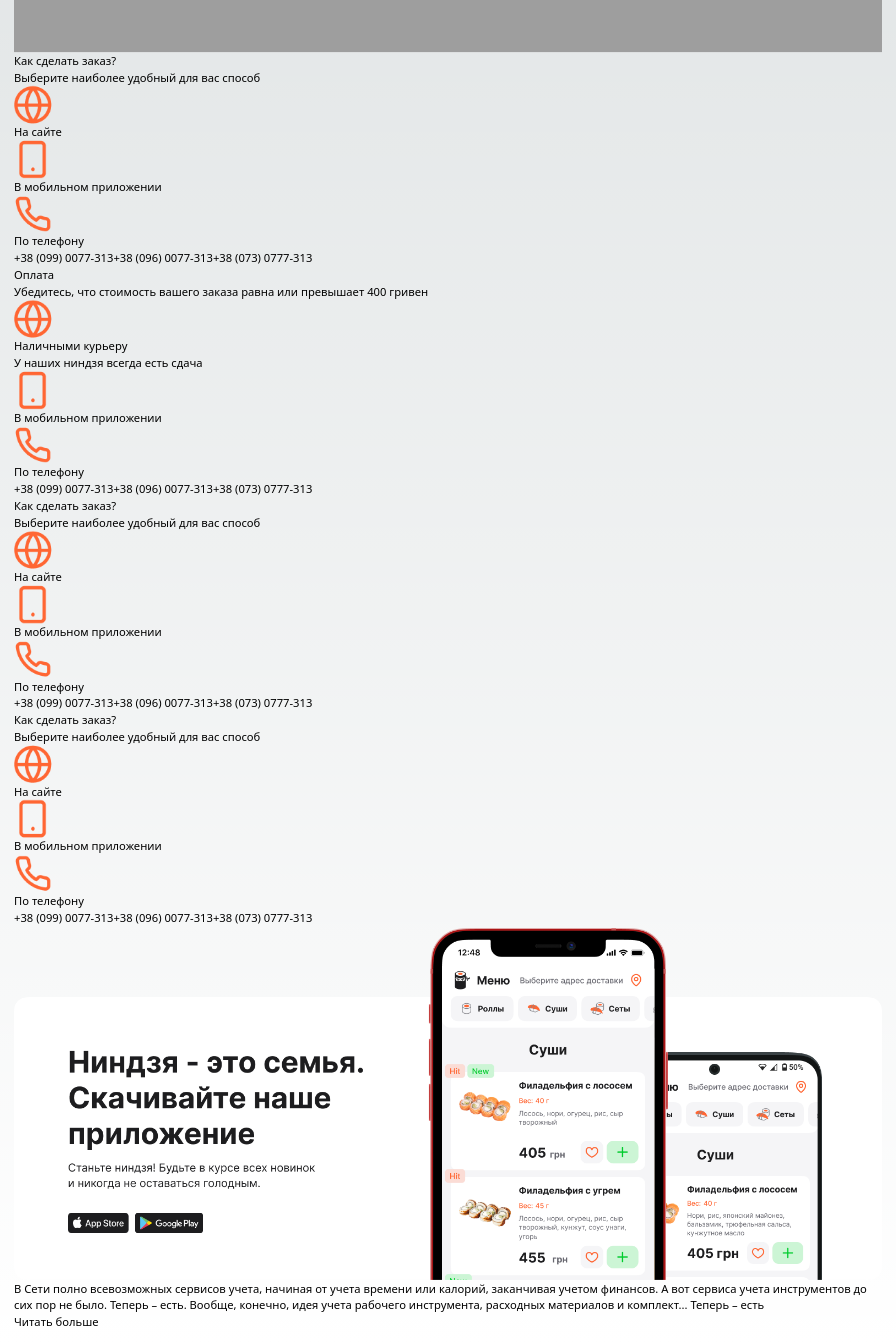
Repository: shokirovG/loyiha
Page: /Delivery
An editor plug-in stored every save of this project. The page is shown before and after the next save, followed by the edit.
The browser window is 1280 px wide. The pictures show the part of the page from y = 979 to 2899 px (the page is 2899 px tall before and 2875 px after), at 70% of full size.
Pictures or frames that could not be fetched are drawn as grey boxes. The project was rebuilt for these pictures with package versions that can differ from the ones it lists, and the page was loaded fresh each time. The framework's server and built-in components were replaced by stand-ins that run in the browser. Also part of the build but not shown: next.config.js, Components/Categories.jsx, Components/Slider.jsx, Components/OpenNav.jsx.

Above is the page before, as saved 2023-06-30 19:07:23.

### pages/Delivery.jsx
import { Header } from "@/Components";
import DeliveryCards from "@/Components/DeliveryCards";
import Footer from "@/Components/Footer";
import Map from "@/Components/Map";
import React from "react";

const delivery = () => {
  return (
    <div className="container p-5">
      <Header />
      <Map />
      <DeliveryCards />
      <Footer />
    </div>
  );
};

export default delivery;

### Components/index.js
export { default as Header } from "./Header";
export { default as Burger } from "./Burger";
export { default as Categories } from "./Categories";
export { default as Slider } from "./Slider";
export { default as OpenNav } from "./OpenNav";

### Components/DeliveryCards.jsx
import Image from "next/image";
import React from "react";

const DeliveryCards = () => {
  return (
    <div className="w-[1044px] gap-[100px] flex flex-col justify-center items-center border-[5px] h-[2020px] mt-20 m-auto">
      <div className="card_items flex items-start flex-col w-[100%] h-[412px] border-[2px]">
        <h1 className="ml-10 text-[38px] text-[#1D1D1F] font-[700]">
          Как сделать заказ?
        </h1>
        <p className="ml-10 text-[#686870] text-[16px] font-[400]">
          Выберите наиболее удобный для вас способ
        </p>
        <div className="flex w-[100%] justify-center gap-[20px] items-center mt-5">
          <div className="w-[304px] h-[292px] bg-white rounded-[12px] flex flex-col items-center justify-center">
            <Image src={"/imgs/glob.png"} width={54} height={54} />
            <h2 className="text-[#1D1D1F] text-[20px] font-[500] mt-1">
              На сайте
            </h2>
          </div>
          <div className="w-[304px] h-[292px] bg-white rounded-[12px] flex flex-col items-center justify-center">
            <Image src={"/imgs/telNew.png"} width={54} height={54} />
            <h2 className="text-[#1D1D1F] text-[20px] font-[500] mt-1">
              В мобильном приложении
            </h2>
          </div>
          <div className="w-[304px] h-[292px] bg-white rounded-[12px] flex flex-col items-center justify-center">
            <Image src={"/imgs/telcha.png"} width={54} height={54} />
            <h2 className="text-[#1D1D1F] text-[20px] font-[500] mt-1">
              По телефону
            </h2>
            <span className="mt-1 flex items-center justify-center w-[175px] h-[34px] bg-[#F5F5F7] rounded-[24px]">
              +38 (099) 0077-313
            </span>
            <span className="mt-1 flex items-center justify-center w-[175px] h-[34px] bg-[#F5F5F7] rounded-[24px]">
              +38 (096) 0077-313
            </span>
            <span className="mt-1 flex items-center justify-center w-[175px] h-[34px] bg-[#F5F5F7] rounded-[24px]">
              +38 (073) 0777-313
            </span>
          </div>
        </div>
      </div>
      <div className="card_items flex items-start flex-col w-[100%] h-[412px] border-[2px]">
        <h1 className="ml-10 text-[38px] text-[#1D1D1F] font-[700]">Оплата</h1>
        <p className="ml-10 text-[#686870] text-[16px] font-[400]">
          Убедитесь, что стоимость вашего заказа равна или превышает 400 гривен
        </p>
        <div className="flex w-[100%] justify-center gap-[20px] items-center mt-5">
          <div className="w-[304px] h-[292px] bg-white rounded-[12px] flex flex-col items-center justify-center">
            <Image src={"/imgs/glob.png"} width={54} height={54} />
            <h2 className="text-center text-[#1D1D1F] text-[20px] font-[500] mt-1">
              Наличными курьеру
            </h2>
            <p className="ml-10 text-[#686870] text-[16px] font-[400]">
              У наших ниндзя всегда есть сдача
            </p>
          </div>
          <div className="w-[304px] h-[292px] bg-white rounded-[12px] flex flex-col items-center justify-center">
            <Image src={"/imgs/telNew.png"} width={54} height={54} />
            <h2 className="text-[#1D1D1F] text-[20px] font-[500] mt-1">
              В мобильном приложении
            </h2>
          </div>
          <div className="w-[304px] h-[292px] bg-white rounded-[12px] flex flex-col items-center justify-center">
            <Image src={"/imgs/telcha.png"} width={54} height={54} />
            <h2 className="text-[#1D1D1F] text-[20px] font-[500] mt-1">
              По телефону
            </h2>
            <span className="mt-1 flex items-center justify-center w-[175px] h-[34px] bg-[#F5F5F7] rounded-[24px]">
              +38 (099) 0077-313
            </span>
            <span className="mt-1 flex items-center justify-center w-[175px] h-[34px] bg-[#F5F5F7] rounded-[24px]">
              +38 (096) 0077-313
            </span>
            <span className="mt-1 flex items-center justify-center w-[175px] h-[34px] bg-[#F5F5F7] rounded-[24px]">
              +38 (073) 0777-313
            </span>
          </div>
        </div>
      </div>
      <div className="card_items flex items-start flex-col w-[100%] h-[412px] border-[2px]">
        <h1 className="ml-10 text-[38px] text-[#1D1D1F] font-[700]">
          Как сделать заказ?
        </h1>
        <p className="ml-10 text-[#686870] text-[16px] font-[400]">
          Выберите наиболее удобный для вас способ
        </p>
        <div className="flex w-[100%] justify-center gap-[20px] items-center mt-5">
          <div className="w-[304px] h-[292px] bg-white rounded-[12px] flex flex-col items-center justify-center">
            <Image src={"/imgs/glob.png"} width={54} height={54} />
            <h2 className="text-[#1D1D1F] text-[20px] font-[500] mt-1">
              На сайте
            </h2>
          </div>
          <div className="w-[304px] h-[292px] bg-white rounded-[12px] flex flex-col items-center justify-center">
            <Image src={"/imgs/telNew.png"} width={54} height={54} />
            <h2 className="text-[#1D1D1F] text-[20px] font-[500] mt-1">
              В мобильном приложении
            </h2>
          </div>
          <div className="w-[304px] h-[292px] bg-white rounded-[12px] flex flex-col items-center justify-center">
            <Image src={"/imgs/telcha.png"} width={54} height={54} />
            <h2 className="text-[#1D1D1F] text-[20px] font-[500] mt-1">
              По телефону
            </h2>
            <span className="mt-1 flex items-center justify-center w-[175px] h-[34px] bg-[#F5F5F7] rounded-[24px]">
              +38 (099) 0077-313
            </span>
            <span className="mt-1 flex items-center justify-center w-[175px] h-[34px] bg-[#F5F5F7] rounded-[24px]">
              +38 (096) 0077-313
            </span>
            <span className="mt-1 flex items-center justify-center w-[175px] h-[34px] bg-[#F5F5F7] rounded-[24px]">
              +38 (073) 0777-313
            </span>
          </div>
        </div>
      </div>
      <div className="card_items flex items-start flex-col w-[100%] h-[412px] border-[2px]">
        <h1 className="ml-10 text-[38px] text-[#1D1D1F] font-[700]">
          Как сделать заказ?
        </h1>
        <p className="ml-10 text-[#686870] text-[16px] font-[400]">
          Выберите наиболее удобный для вас способ
        </p>
        <div className="flex w-[100%] justify-center gap-[20px] items-center mt-5">
          <div className="w-[304px] h-[292px] bg-white rounded-[12px] flex flex-col items-center justify-center">
            <Image src={"/imgs/glob.png"} width={54} height={54} />
            <h2 className="text-[#1D1D1F] text-[20px] font-[500] mt-1">
              На сайте
            </h2>
          </div>
          <div className="w-[304px] h-[292px] bg-white rounded-[12px] flex flex-col items-center justify-center">
            <Image src={"/imgs/telNew.png"} width={54} height={54} />
            <h2 className="text-[#1D1D1F] text-[20px] font-[500] mt-1">
              В мобильном приложении
            </h2>
          </div>
          <div className="w-[304px] h-[292px] bg-white rounded-[12px] flex flex-col items-center justify-center">
            <Image src={"/imgs/telcha.png"} width={54} height={54} />
            <h2 className="text-[#1D1D1F] text-[20px] font-[500] mt-1">
              По телефону
            </h2>
            <span className="mt-1 flex items-center justify-center w-[175px] h-[34px] bg-[#F5F5F7] rounded-[24px]">
              +38 (099) 0077-313
            </span>
            <span className="mt-1 flex items-center justify-center w-[175px] h-[34px] bg-[#F5F5F7] rounded-[24px]">
              +38 (096) 0077-313
            </span>
            <span className="mt-1 flex items-center justify-center w-[175px] h-[34px] bg-[#F5F5F7] rounded-[24px]">
              +38 (073) 0777-313
            </span>
          </div>
        </div>
      </div>
    </div>
  );
};

export default DeliveryCards;

### Components/Footer.jsx
import Image from "next/image";
import React from "react";

const Footer = () => {
  return (
    <div className="w-[100%] border h-[150vh] flex flex-col justify-between mt-10">
      <Image src={"/imgs/play.png"} width={1500} height={644} />
      <p className="w-[50%] text-justify m-auto">
        В Сети полно всевозможных сервисов учета, начиная от учета времени или
        калорий, заканчивая учетом финансов. А вот сервиса учета инструментов до
        сих пор не было. Теперь – есть. Вообще, конечно, идея учета рабочего
        инструмента, расходных материалов и комплект... Теперь – есть <br />
        <span className="float-right text-[#00CC2D]">Читать больше</span>
      </p>
      <div className="footer w-[100%] bg-white h-[35%]">
        <div></div>
        <div></div>
        <div></div>
        <div></div>
        <div></div>
        <div></div>
      </div>
    </div>
  );
};

export default Footer;

### Components/Map.jsx
import React from "react";

const Map = () => {
  return (
    <div>
      <iframe
        src="https://www.google.com/maps/embed?pb=!1m14!1m12!1m3!1d6208606.72630882!2d63.60678502500006!3d40.55161279105365!2m3!1f0!2f0!3f0!3m2!1i1024!2i768!4f13.1!5e0!3m2!1sen!2s!4v1688101336875!5m2!1sen!2s"
        width="100%"
        height="600"
        className="mt-10 rounded-2xl"
        allowfullscreen=""
        loading="lazy"
        referrerpolicy="no-referrer-when-downgrade"
      ></iframe>
    </div>
  );
};

export default Map;

### Components/Header.jsx
"use client";

import React from "react";
import Image from "next/image";
import { Burger } from ".";
import Link from "next/link";

const Header = () => {
  return (
    <header className="sm:w-auto p-5 md:flex lg:flex xl:flex items-center w-screen justify-around h-24 bg-white mb-[16px]">
      <div className="w-52 h-12">
        <Link href="/" className="">
          <Image src="/imgs/logo.PNG" alt="logo" width={214} height={48} />
        </Link>
      </div>
      <div className="w-3/4 sm:flex md:flex md:items-center md:justify-between lg:flex lg:items-center lg:justify-between">
        <ul className="lg:flex xl:flex md:flex 2xl:flex items-center w-3/6 justify-between gap-12 md:gap-2 lg:gap-12">
          <li className="flex w-20 justify-between items-center g-4 h-3">
            <Image src="/imgs/flag.PNG" alt="logo" width={20} height={2} />
            <a href="#" className="ml-2">
              Киев
            </a>
          </li>
          <li className="">
            <a href="#" className="">
              Главная
            </a>
          </li>
          <li className="">
            <a href="#" className="">
              Доставка
            </a>
          </li>
          <li className="w-12 flex">
            <a href="#" className="w-12">
              О нас
            </a>
          </li>
          <li className="">
            <a href="#" className="">
              Новости
            </a>
          </li>
          <li className="flex items-center">
            <a href="#" className="w-48 justify-around flex items-center">
              <Image src="/imgs/tel.PNG" alt="logo" width={24} height={24} />
              <span>+38 097 699 34 38</span>
            </a>
          </li>
        </ul>
        <div className="flex items-center w-80 h-14">
          <div className="flex w-12 border items-center justify-center h-12 rounded-lg">
            <Image src="/imgs/bell.PNG" alt="logo" width={24} height={24} />
          </div>
          <div className="flex w-12 border items-center ml-2 justify-center h-12 rounded-lg">
            <Image src="/imgs/like.PNG" alt="logo" width={24} height={24} />
          </div>
          <div className="flex w-12 border items-center ml-2 justify-center h-12 rounded-lg">
            <Image src="/imgs/person.PNG" alt="logo" width={24} height={24} />
          </div>
          <div className="flex w-32 justify-around ml-2 border items-center h-12 rounded-lg">
            <span>Корзина</span>
            <Image src="/imgs/cart.PNG" alt="logo" width={24} height={24} />
          </div>
        </div>
      </div>

      <Burger />
    </header>
  );
};
export default Header;

### Components/Burger.jsx
"use client";

import Hamburger from "hamburger-react";
import React, { useState } from "react";
import { OpenNav } from ".";

const Burger = () => {
  const [isOpen, settOpen] = useState(false);
  return (
    <div className="burger">
      <Hamburger toggled={isOpen} toggle={settOpen} />
      {isOpen ? <OpenNav /> : null}
    </div>
  );
};

export default Burger;

Loaded but not shown: pages/_app.js (common file); pages/_document.js (common file); styles/globals.css (common file); tailwind.config.js (common file)

After the next save:
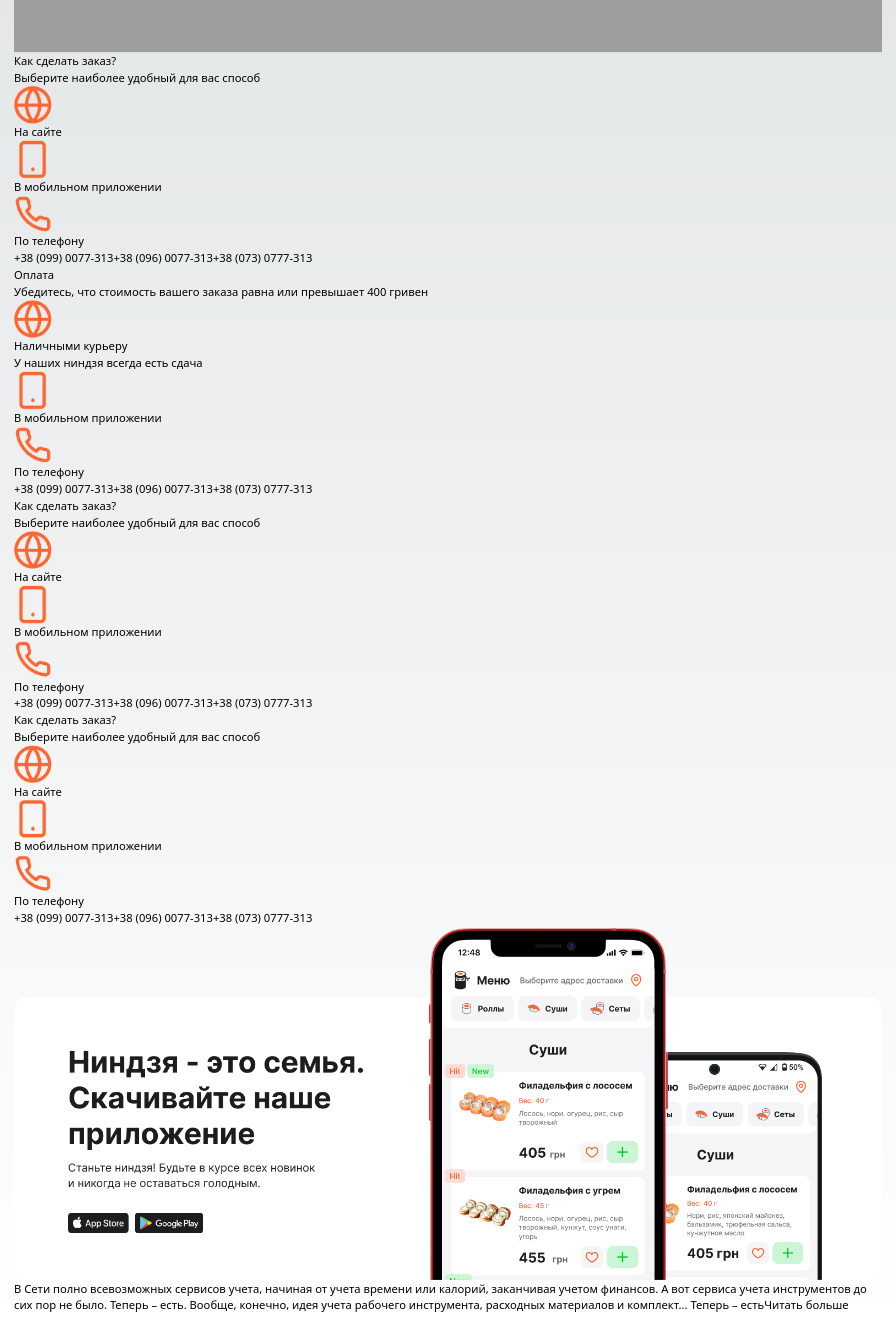
Saved 9 s later.
--- a/Components/Footer.jsx
+++ b/Components/Footer.jsx
@@ -9,7 +9,7 @@
         В Сети полно всевозможных сервисов учета, начиная от учета времени или
         калорий, заканчивая учетом финансов. А вот сервиса учета инструментов до
         сих пор не было. Теперь – есть. Вообще, конечно, идея учета рабочего
-        инструмента, расходных материалов и комплект... Теперь – есть <br />
+        инструмента, расходных материалов и комплект... Теперь – есть
         <span className="float-right text-[#00CC2D]">Читать больше</span>
       </p>
       <div className="footer w-[100%] bg-white h-[35%]">
